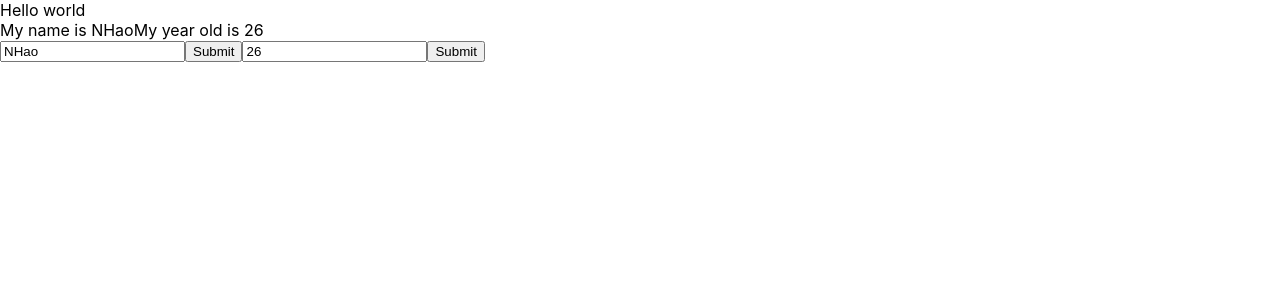
Repository: haonguyen09/reactProject
Page: /
These files come from the project's save history. The page is drawn as it stood at one moment and after the next save; the edit follows.
The browser window is 1280 px wide. The pictures show the whole page.
The project was rebuilt for these pictures with package versions that can differ from the ones it lists, and the page was loaded fresh each time.

Above is the page before, as saved 2023-07-31 23:27:23.

After the next save:
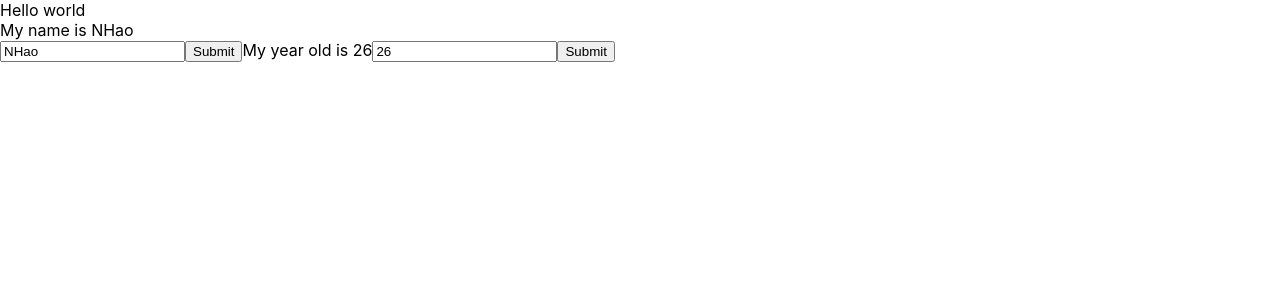
Saved 15 s later.
--- a/src/components/MyComponent.js
+++ b/src/components/MyComponent.js
@@ -36,11 +36,11 @@ class MyComponent extends React.Component {
         return (
             <div>
                 My name is {this.state.name}
-                My year old is {this.state.age}
                 <form onSubmit={(event) => this.handOnSubmit(event)}>
                     <input value= {this.state.name} type="text" onChange = {(event) => {this.handleChange(event)}} />
                     <button>Submit</button>
 
+                My year old is {this.state.age}
                     <input value= {this.state.age} type="text" onChange = {(event) => {this.handleChangeAge(event)}} />
                     <button>Submit</button>
                 </form>
